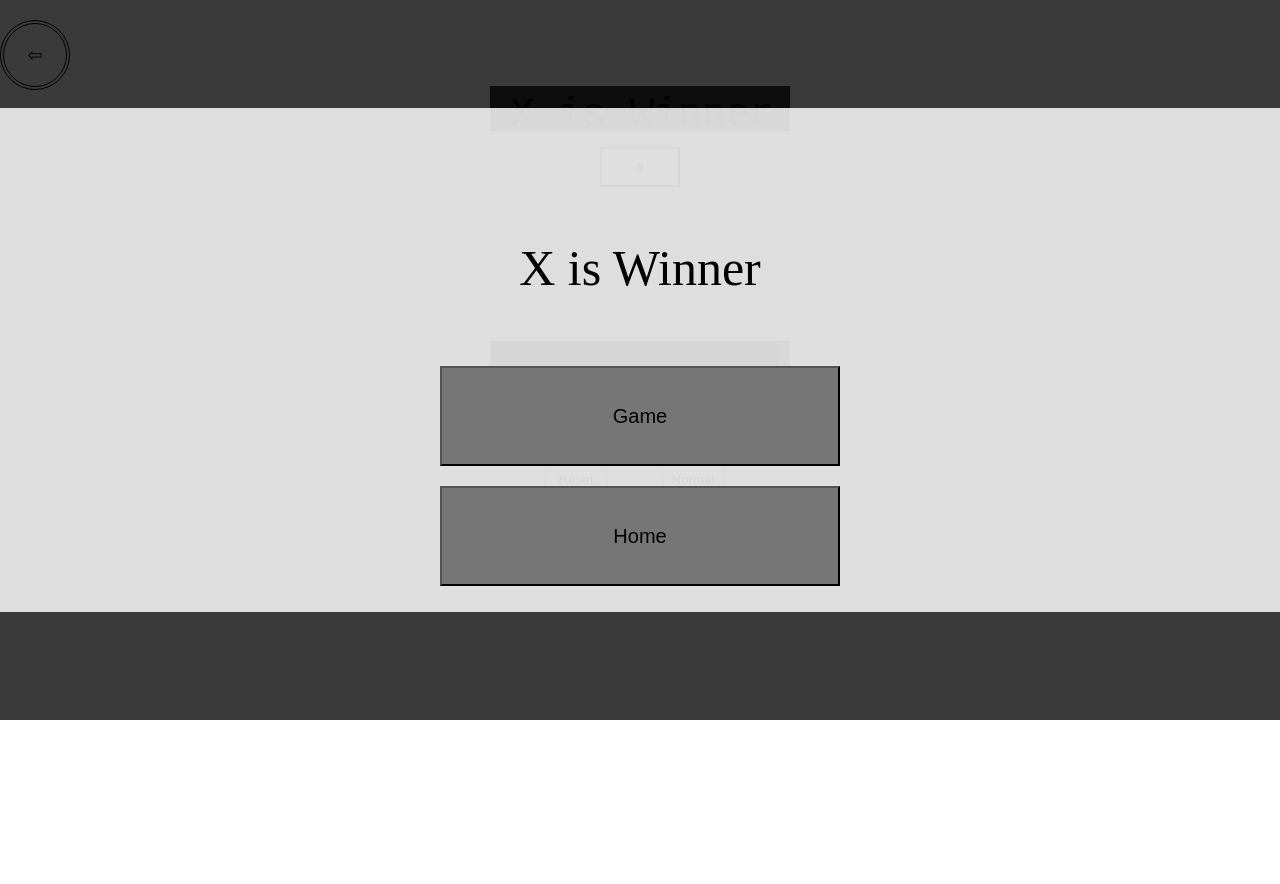
Repository: Mush-s/Folio-OX
Page: /tictactou
These files come from the project's save history. The page is drawn as it stood at one moment and after the next save; the edit follows.
The browser window is 1280 px wide. The pictures show the whole page.
The project was rebuilt for these pictures with package versions that can differ from the ones it lists, and the page was loaded fresh each time. Also part of the build but not shown: src/NanMon/BeforeGame/BeforeGame.js, src/NanMon/Game/Character/Character.css, src/NanMon/Game/Player/Player.js, src/NanMon/AfterGame/AfterGame1.css, src/NanMon/AfterGame/AfterGame1.js, src/NanMon/Game/Correct/Correct.css, src/NanMon/Game/Correct/Correct.js, src/NanMon/Game/Character/Character.js and 6 more.

Above is the page before, as saved 2022-09-20 10:30:00.

After the next save:
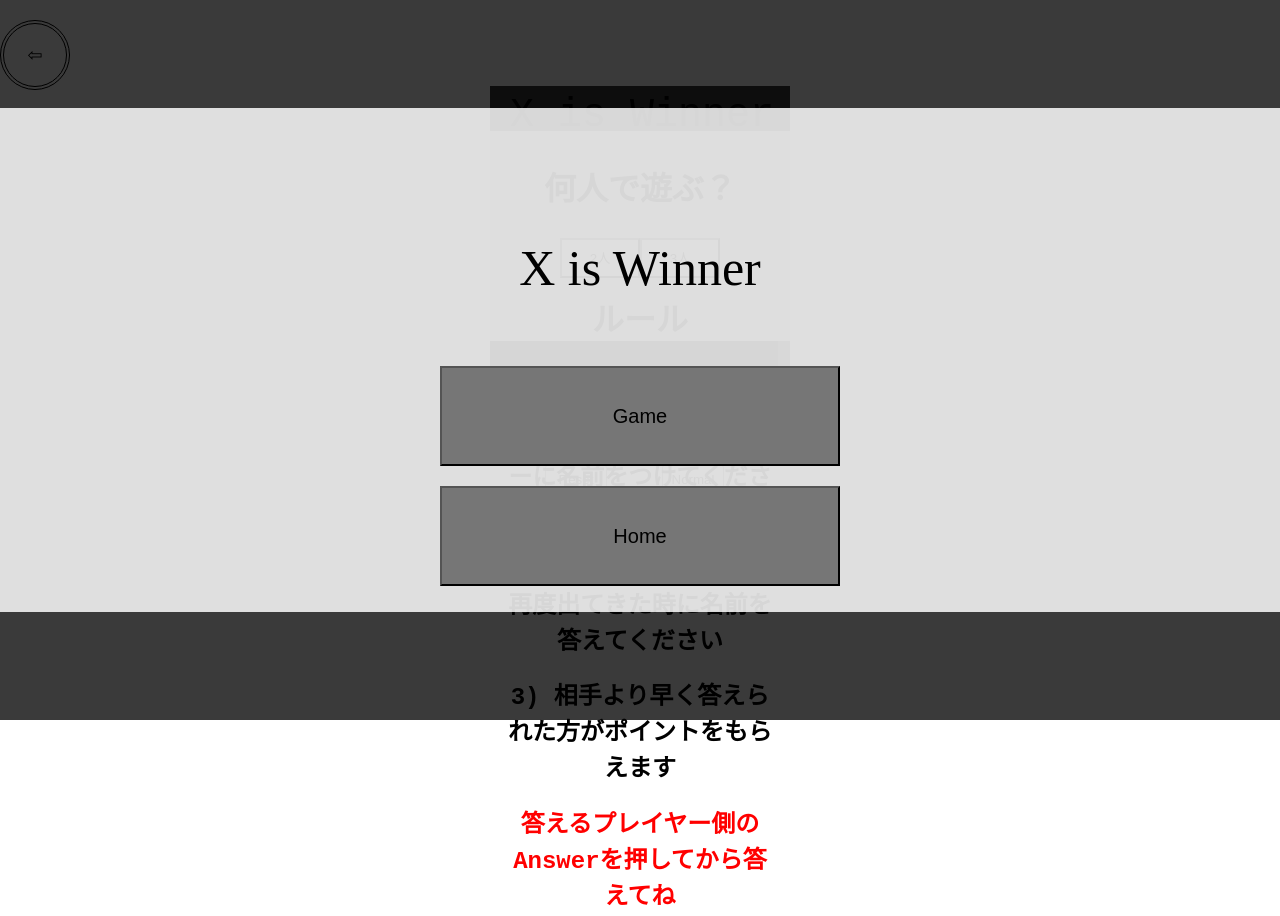
Saved 9 min 36 s later.
--- a/src/TicTacToe/BeforeGame/BeforeGame.js
+++ b/src/TicTacToe/BeforeGame/BeforeGame.js
@@ -4,7 +4,21 @@ const BeforeGame = (props) => {
   return (
     <div className="before">
       <div className="content">
-        <button onClick={props.onClick}>ff</button>
+      <h1>何人で遊ぶ？</h1>
+        <button onClick={props.onClick}>2人</button>
+        <button onClick={props.onClick2}>3人</button>
+        <div className="rule">
+          <h1>ルール</h1>
+          <h2>３点先取</h2>
+          <h2>1) 出てきたキャラクターに名前をつけてください</h2>
+          <h2>2) そのキャラクターが再度出てきた時に名前を答えてください</h2>
+          <h2>3) 相手より早く答えられた方がポイントをもらえます</h2>
+          <h2>
+            <font color="red">
+              答えるプレイヤー側のAnswerを押してから答えてね
+            </font>
+          </h2>
+        </div>
       </div>
     </div>
   );
